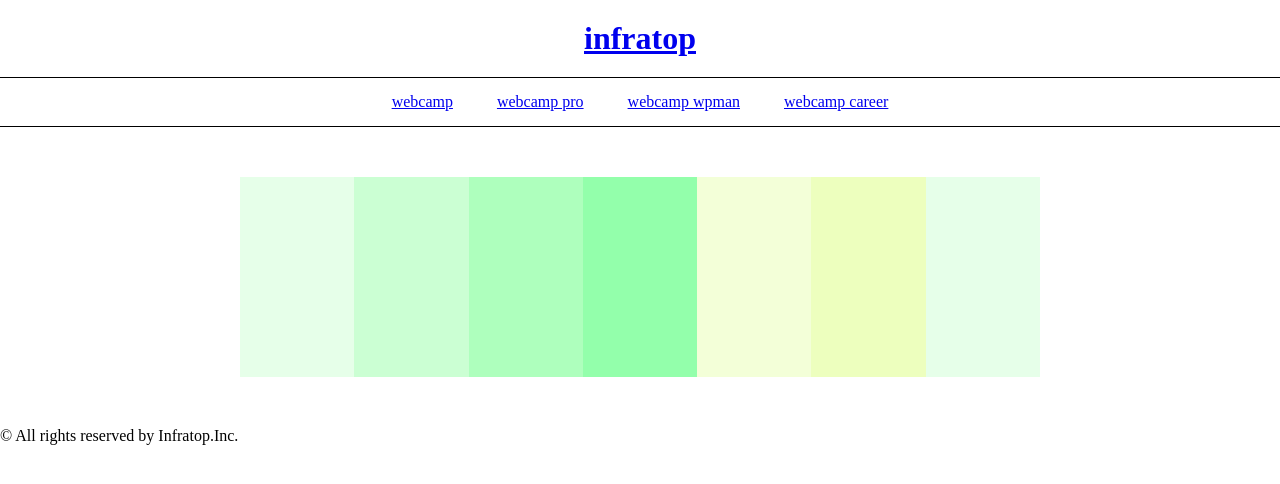
Repository: Y-takumi0/DMMwebcamp
Page: exercise/chapter5.html
The author's editor kept a record of every edit. The page is drawn from the files as they stood at one moment, then again after the next edit.
The browser window is 1280 px wide. The pictures show the whole page.

Above is the page before.

### exercise/chapter5.html
<!DOCTYPE html>
<!DOCTYPE html>
<html lang="ja">
  <head>
    <meta charset="UTF-8" />
    <link rel="stylesheet" href="chapter5.css" />
    <title>chapter5</title>
  </head>

  <body>
    <header>
      <h1 class="heading">
        <a href="chapter5.html">
          infratop
        </a>
      </h1>
    </header>

    <nav>
      <ul class="nav-list">
        <li class="nav-list-item">
          <a href="chapter5.html">webcamp</a>
        </li>
        <li class="nav-list-item">
          <a href="chapter5.html">webcamp pro</a>
        </li>
        <li class="nav-list-item">
          <a href="chapter5.html">webcamp wpman</a>
        </li>
        <li class="nav-list-item">
          <a href="chapter5.html">webcamp career</a>
        </li>
      </ul>
    </nav>

    <div class="main">
      <div class="square1"></div>
      <div class="square2"></div>
      <div class="square3"></div>
      <div class="square4"></div>
      <div class="square5"></div>
      <div class="square6"></div>
      <div class="square7"></div>
      <div class="square8"></div>
      <div class="square9"></div>
      <div class="square10"></div>
      <div class="square11"></div>
      <div class="square12"></div>
    </div>

    <footer>
      <p class="footer-text">© All rights reserved by Infratop.Inc.</p>    </footer>
  </body>
</html>

### exercise/chapter5.css
* {
  margin: 0;
  padding: 0;
  box-sizing: border-box;
}

header {
  width: 90%;
  padding: 20px 0;
  margin: 0 auto;
  text-align: center;
}

header .header {
  font-size: 32px;
}

.nav-list {
  text-align: center;
  padding: 15px 0;
  margin: 0 auto;
  border-top: 1px solid black;
  border-bottom: 1px solid black;
}

.nav-list-item {
  list-style: none;
  display:  inline-block;
  margin: 0px 20px;
}

.main {
  width: 800px;
  margin: 50px auto;
  display: flex;
}

.square1 {
  width: 200px;
  height: 200px;
  background-color: #e6ffe9;
}

.square2 {
  width: 200px;
  height: 200px;
  background-color: #cbffd3;
}

.square3 {
  width: 200px;
  height: 200px;
  background-color: #aeffbd;
}

.square4 {
  width: 200px;
  height: 200px;
  background-color: #93ffab;
}

.square5 {
  width: 200px;
  height: 200px;
  background-color: #f3ffd8;
}

.square6 {
  width: 200px;
  height: 200px;
  background-color: #edffbe;
}

.square7 {
  width: 200px;
  height: 200px;
  background-color: #e6ffe9
}

After the next edit:
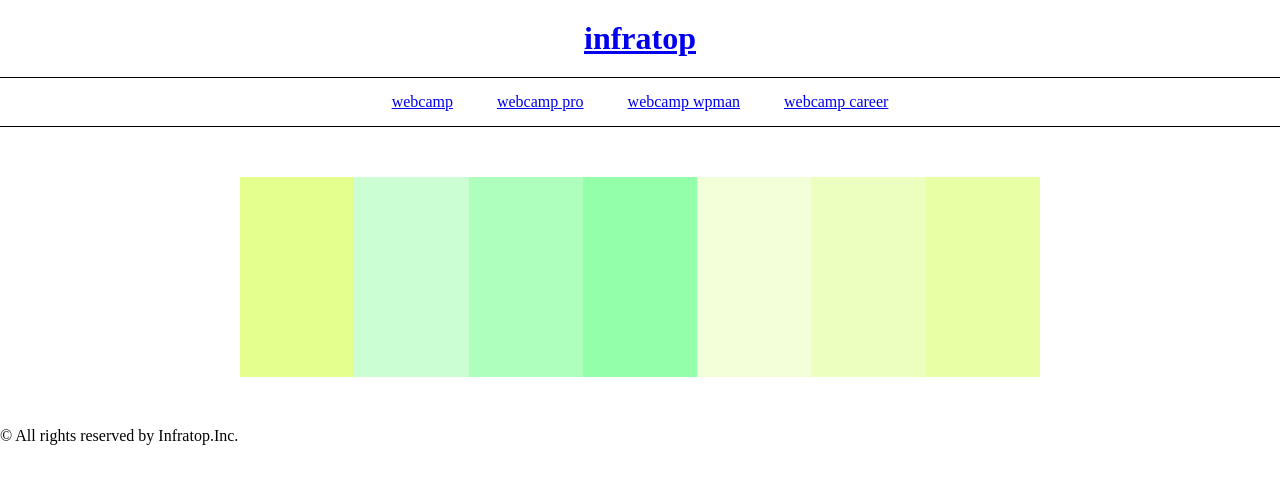
The edit:
--- a/exercise/chapter5.css
+++ b/exercise/chapter5.css
@@ -74,5 +74,11 @@
 .square7 {
   width: 200px;
   height: 200px;
-  background-color: #e6ffe9
+  background-color: #e9ffa5;
 }
+
+.square1 {
+  width: 200px;
+  height: 200px;
+  background-color: #e4ff8d
+}
